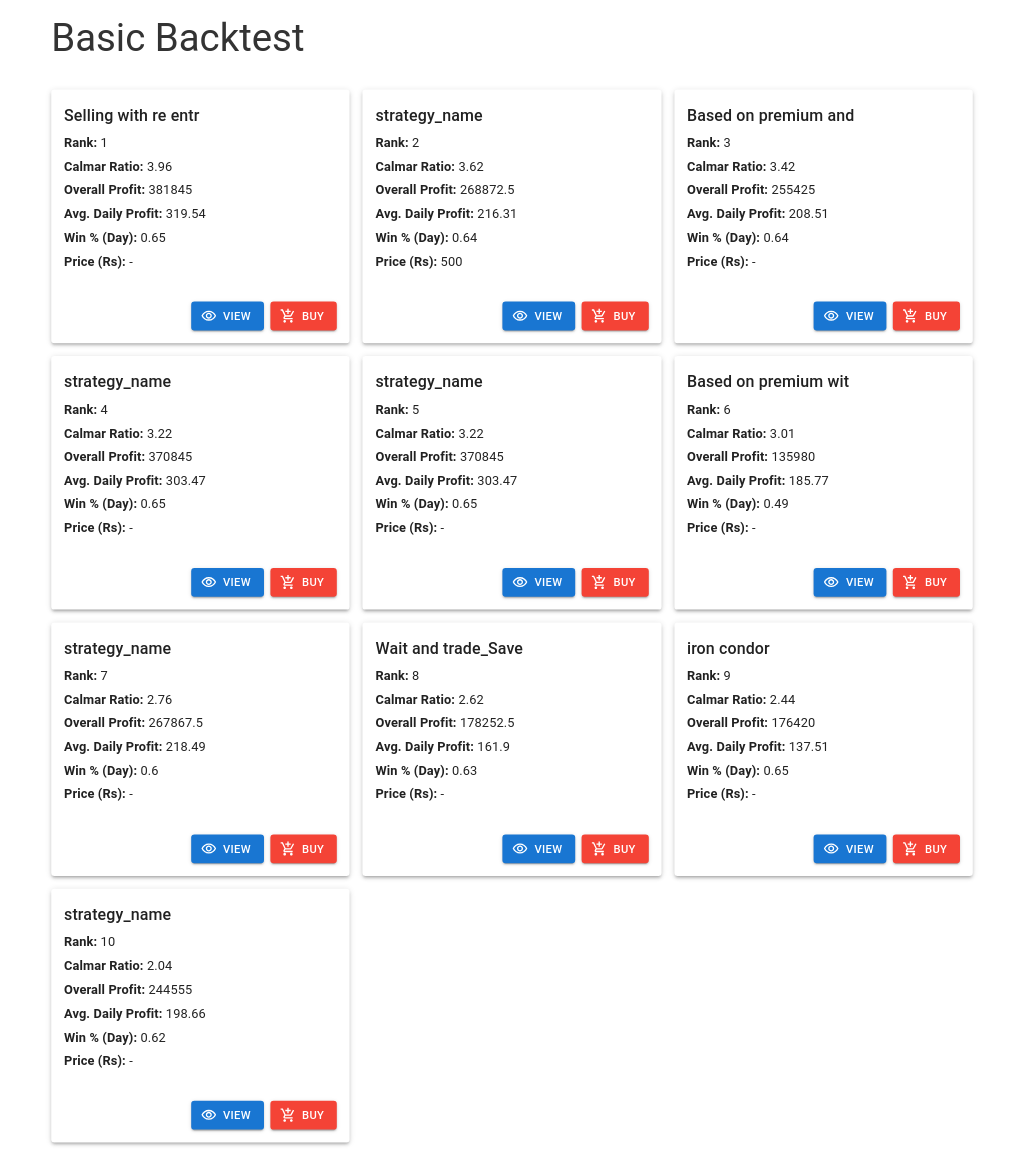
Repository: PraTEEkgUpTa2/Leaderboard
Page: /
These files come from the project's save history. The page is drawn as it stood at one moment and after the next save; the edit follows.
The browser window is 1280 px wide. The pictures show the whole page, at 80% of full size.
The project was rebuilt for these pictures with package versions that can differ from the ones it lists, and the page was loaded fresh each time. Also part of the build but not shown: src/App.css.

Above is the page before, as saved 2024-05-27 13:33:43.

### src/index.js
import React from 'react';
import ReactDOM from 'react-dom';
import { ThemeProvider } from '@mui/material/styles';
import App from './App';
import theme from './theme'; // Import the theme object

const root = ReactDOM.createRoot(document.getElementById('root'));
root.render(

  <ThemeProvider theme={theme}>
  <App />
</ThemeProvider>

);

// If you want to start measuring performance in your app, pass a function
// to log results (for example: reportWebVitals(console.log))
// or send to an analytics endpoint. Learn more: https://bit.ly/CRA-vitals

### src/App.js
import React from 'react';
import './App.css';
import Leaderboard from './Leaderboard';

function App() {
  return (
    <div className="App">
      <Leaderboard />
    </div>
  );
}

export default App;

### src/theme.js
// theme.js

import { createTheme } from '@mui/material/styles';

const theme = createTheme({
  palette: {
    primary: {
      main: '#1976d2', // Background color for the table header
      dark: '#135fa8', // Hover color for primary buttons
    },
    error: {
      main: '#f44336', // Background color for "Buy" button
      dark: '#d32f2f', // Hover color for "Buy" button
    },
    common: {
      white: '#fff', // Text color for table header and buttons
    },
  },
});

export default theme;

### src/Leaderboard.js
import React from 'react';
import data from './data.json';
import { Container, Typography, Box, Card, CardContent, Grid, Button } from '@mui/material';
import { VisibilityOutlined, AddShoppingCartOutlined } from '@mui/icons-material';
import { styled } from '@mui/system';

const StrategyCard = styled(Card)(({ theme }) => ({
  backgroundColor: theme.palette.background.paper,
  boxShadow: theme.shadows[3],
  borderRadius: theme.shape.borderRadius,
  transition: 'box-shadow 0.3s',
  '&:hover': {
    boxShadow: theme.shadows[5],
  },
}));

const ViewButton = styled(Button)(({ theme }) => ({
  backgroundColor: theme.palette.primary.main,
  color: theme.palette.common.white,
  '&:hover': {
    backgroundColor: theme.palette.primary.dark,
  },
  '& .MuiButton-startIcon': {
    marginRight: theme.spacing(1),
  },
}));

const BuyButton = styled(Button)(({ theme }) => ({
  backgroundColor: theme.palette.error.main,
  color: theme.palette.common.white,
  '&:hover': {
    backgroundColor: theme.palette.error.dark,
  },
  '& .MuiButton-startIcon': {
    marginRight: theme.spacing(1),
  },
}));

const Leaderboard = () => {
  return (
    <Container>
      <Typography variant="h3" style={{ color: '#333', marginTop: '20px' }}>
        Basic Backtest
      </Typography>
      <Grid container spacing={2} style={{ marginTop: '20px' }}>
        {data.map((strategy, index) => (
          <Grid item xs={12} sm={6} md={4} key={index}>
            <StrategyCard>
              <CardContent>
                <Typography variant="h6" gutterBottom>
                  {strategy.Name}
                </Typography>
                <Typography variant="body1" gutterBottom>
                  <strong>Rank:</strong> {strategy.Rank}
                </Typography>
                <Typography variant="body1" gutterBottom>
                  <strong>Calmar Ratio:</strong> {strategy["Calmar Ratio"]}
                </Typography>
                <Typography variant="body1" gutterBottom>
                  <strong>Overall Profit:</strong> {strategy["Overall Profit"]}
                </Typography>
                <Typography variant="body1" gutterBottom>
                  <strong>Avg. Daily Profit:</strong> {strategy["Avg. Daily Profit"]}
                </Typography>
                <Typography variant="body1" gutterBottom>
                  <strong>Win % (Day):</strong> {strategy["Win %(Day)"]}
                </Typography>
                <Typography variant="body1" gutterBottom>
                  <strong>Price (Rs):</strong> {strategy["Price (Rs)"] ? strategy["Price (Rs)"] : '-'}
                </Typography>
              </CardContent>
              <Box display="flex" justifyContent="flex-end" p={2}>
                <Box>
                  <ViewButton startIcon={<VisibilityOutlined />} variant="contained" sx={{ mr: 1 }}>
                    View
                  </ViewButton>
                  <BuyButton startIcon={<AddShoppingCartOutlined />} variant="contained">
                    Buy
                  </BuyButton>
                </Box>
              </Box>
            </StrategyCard>
          </Grid>
        ))}
      </Grid>
    </Container>
  );
};

export default Leaderboard;

### src/data.json
[
    {
        "Rank": 1,
        "Name": "Selling with re entr",
        "Calmar Ratio": 3.96,
        "Overall Profit": 381845,
        "Avg. Daily Profit": 319.54,
        "Win %(Day)": 0.65,
        "Price (Rs)": null,
        "Action": "View"
    },
    {
        "Rank": 2,
        "Name": "strategy_name",
        "Calmar Ratio": 3.62,
        "Overall Profit": 268872.5,
        "Avg. Daily Profit": 216.31,
        "Win %(Day)": 0.64,
        "Price (Rs)": 500,
        "Action": "Buy"
    },
    {
        "Rank": 3,
        "Name": "Based on premium and",
        "Calmar Ratio": 3.42,
        "Overall Profit": 255425,
        "Avg. Daily Profit": 208.51,
        "Win %(Day)": 0.64,
        "Price (Rs)": null,
        "Action": "View"
    },
    {
        "Rank": 4,
        "Name": "strategy_name",
        "Calmar Ratio": 3.22,
        "Overall Profit": 370845,
        "Avg. Daily Profit": 303.47,
        "Win %(Day)": 0.65,
        "Price (Rs)": null,
        "Action": "View"
    },
    {
        "Rank": 5,
        "Name": "strategy_name",
        "Calmar Ratio": 3.22,
        "Overall Profit": 370845,
        "Avg. Daily Profit": 303.47,
        "Win %(Day)": 0.65,
        "Price (Rs)": null,
        "Action": "View"
    },
    {
        "Rank": 6,
        "Name": "Based on premium wit",
        "Calmar Ratio": 3.01,
        "Overall Profit": 135980,
        "Avg. Daily Profit": 185.77,
        "Win %(Day)": 0.49,
        "Price (Rs)": null,
        "Action": "View"
    },
    {
        "Rank": 7,
        "Name": "strategy_name",
        "Calmar Ratio": 2.76,
        "Overall Profit": 267867.5,
        "Avg. Daily Profit": 218.49,
        "Win %(Day)": 0.6,
        "Price (Rs)": null,
        "Action": "View"
    },
    {
        "Rank": 8,
        "Name": "Wait and trade_Save",
        "Calmar Ratio": 2.62,
        "Overall Profit": 178252.5,
        "Avg. Daily Profit": 161.9,
        "Win %(Day)": 0.63,
        "Price (Rs)": null,
        "Action": "View"
    },
    {
        "Rank": 9,
        "Name": "iron condor",
        "Calmar Ratio": 2.44,
        "Overall Profit": 176420,
        "Avg. Daily Profit": 137.51,
        "Win %(Day)": 0.65,
        "Price (Rs)": null,
        "Action": "View"
    },
    {
        "Rank": 10,
        "Name": "strategy_name",
        "Calmar Ratio": 2.04,
        "Overall Profit": 244555,
        "Avg. Daily Profit": 198.66,
        "Win %(Day)": 0.62,
        "Price (Rs)": null,
        "Action": "View"
    }
]

Loaded but not shown: public/index.html (common file)

After the next save:
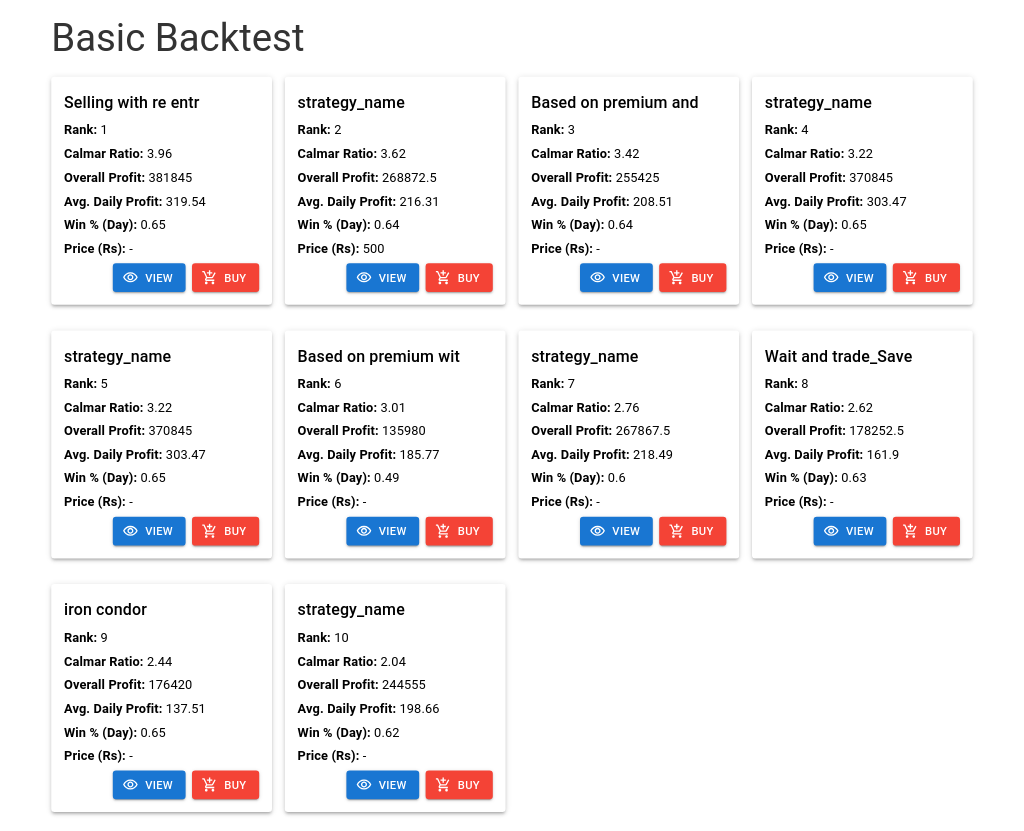
Saved 62 s later.
--- a/src/Leaderboard.js
+++ b/src/Leaderboard.js
@@ -1,10 +1,10 @@
 import React from 'react';
 import data from './data.json';
-import { Container, Typography, Box, Card, CardContent, Grid, Button } from '@mui/material';
+import { Container, Typography, Box, Button } from '@mui/material';
 import { VisibilityOutlined, AddShoppingCartOutlined } from '@mui/icons-material';
 import { styled } from '@mui/system';
 
-const StrategyCard = styled(Card)(({ theme }) => ({
+const StrategyItem = styled(Box)(({ theme }) => ({
   backgroundColor: theme.palette.background.paper,
   boxShadow: theme.shadows[3],
   borderRadius: theme.shape.borderRadius,
@@ -12,6 +12,8 @@ const StrategyCard = styled(Card)(({ theme }) => ({
   '&:hover': {
     boxShadow: theme.shadows[5],
   },
+  padding: theme.spacing(2),
+  marginBottom: theme.spacing(2),
 }));
 
 const ViewButton = styled(Button)(({ theme }) => ({
@@ -39,50 +41,44 @@ const BuyButton = styled(Button)(({ theme }) => ({
 const Leaderboard = () => {
   return (
     <Container>
-      <Typography variant="h3" style={{ color: '#333', marginTop: '20px' }}>
+      <Typography variant="h3" style={{ color: '#333', marginTop: '20px', marginBottom: '20px' }}>
         Basic Backtest
       </Typography>
-      <Grid container spacing={2} style={{ marginTop: '20px' }}>
+      <Box display="grid" gridTemplateColumns="repeat(auto-fill, minmax(250px, 1fr))" gap={2}>
         {data.map((strategy, index) => (
-          <Grid item xs={12} sm={6} md={4} key={index}>
-            <StrategyCard>
-              <CardContent>
-                <Typography variant="h6" gutterBottom>
-                  {strategy.Name}
-                </Typography>
-                <Typography variant="body1" gutterBottom>
-                  <strong>Rank:</strong> {strategy.Rank}
-                </Typography>
-                <Typography variant="body1" gutterBottom>
-                  <strong>Calmar Ratio:</strong> {strategy["Calmar Ratio"]}
-                </Typography>
-                <Typography variant="body1" gutterBottom>
-                  <strong>Overall Profit:</strong> {strategy["Overall Profit"]}
-                </Typography>
-                <Typography variant="body1" gutterBottom>
-                  <strong>Avg. Daily Profit:</strong> {strategy["Avg. Daily Profit"]}
-                </Typography>
-                <Typography variant="body1" gutterBottom>
-                  <strong>Win % (Day):</strong> {strategy["Win %(Day)"]}
-                </Typography>
-                <Typography variant="body1" gutterBottom>
-                  <strong>Price (Rs):</strong> {strategy["Price (Rs)"] ? strategy["Price (Rs)"] : '-'}
-                </Typography>
-              </CardContent>
-              <Box display="flex" justifyContent="flex-end" p={2}>
-                <Box>
-                  <ViewButton startIcon={<VisibilityOutlined />} variant="contained" sx={{ mr: 1 }}>
-                    View
-                  </ViewButton>
-                  <BuyButton startIcon={<AddShoppingCartOutlined />} variant="contained">
-                    Buy
-                  </BuyButton>
-                </Box>
-              </Box>
-            </StrategyCard>
-          </Grid>
+          <StrategyItem key={index}>
+            <Typography variant="h6" gutterBottom>
+              {strategy.Name}
+            </Typography>
+            <Typography variant="body1" gutterBottom>
+              <strong>Rank:</strong> {strategy.Rank}
+            </Typography>
+            <Typography variant="body1" gutterBottom>
+              <strong>Calmar Ratio:</strong> {strategy["Calmar Ratio"]}
+            </Typography>
+            <Typography variant="body1" gutterBottom>
+              <strong>Overall Profit:</strong> {strategy["Overall Profit"]}
+            </Typography>
+            <Typography variant="body1" gutterBottom>
+              <strong>Avg. Daily Profit:</strong> {strategy["Avg. Daily Profit"]}
+            </Typography>
+            <Typography variant="body1" gutterBottom>
+              <strong>Win % (Day):</strong> {strategy["Win %(Day)"]}
+            </Typography>
+            <Typography variant="body1" gutterBottom>
+              <strong>Price (Rs):</strong> {strategy["Price (Rs)"] ? strategy["Price (Rs)"] : '-'}
+            </Typography>
+            <Box display="flex" justifyContent="flex-end">
+              <ViewButton startIcon={<VisibilityOutlined />} variant="contained" sx={{ mr: 1 }}>
+                View
+              </ViewButton>
+              <BuyButton startIcon={<AddShoppingCartOutlined />} variant="contained">
+                Buy
+              </BuyButton>
+            </Box>
+          </StrategyItem>
         ))}
-      </Grid>
+      </Box>
     </Container>
   );
 };
